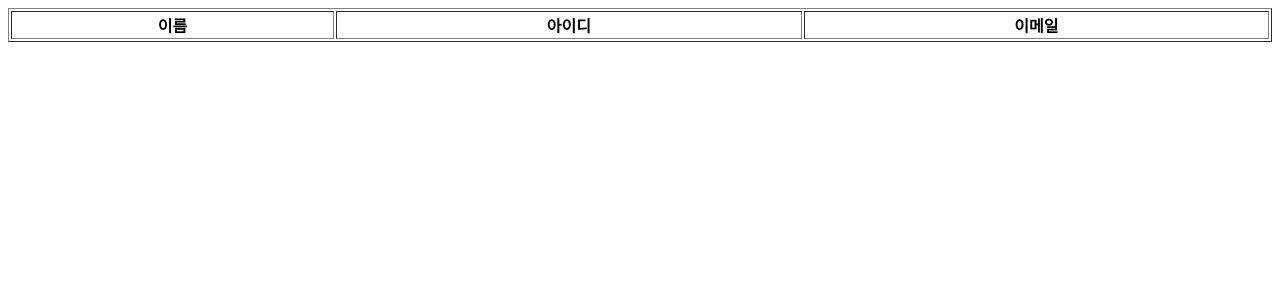
Repository: jeungmin717/BookStore
Page: http://localhost/web01/ch01/prac.jsp
These files come from the project's save history. The page is drawn as it stood at one moment and after the next save; the edit follows.
The browser window is 1280 px wide. The pictures show the whole page.
The page is served by Tomcat 9. Queries for data that is not in the repository find no rows.

Above is the page before, as saved 2017-05-31 09:24:10.

### BookStore/webProgramming/web01/WebContent/ch01/prac.jsp
<%@page import="java.sql.SQLException"%>
<%@page import="java.sql.DriverManager"%>
<%@page import="java.sql.ResultSet"%>
<%@page import="java.sql.PreparedStatement"%>
<%@page import="java.sql.Connection"%>
<%@ page language="java" contentType="text/html; charset=UTF-8" pageEncoding="UTF-8"%>
<!DOCTYPE html PUBLIC "-//W3C//DTD HTML 4.01 Transitional//EN" "http://www.w3.org/TR/html4/loose.dtd">
<html>
<head>
<meta http-equiv="Content-Type" content="text/html; charset=UTF-8">
<title>회원 목록</title>
</head>
<body>

<table width="100%" border="1">
    <thead>
        <tr>
            <th>이름</th>
            <th>아이디</th>
            <th>이메일</th>
        </tr>
    </thead>
    <tbody>
    <%
        Class.forName("com.mysql.jdbc.Driver");
        Connection conn = null;
        PreparedStatement pstmt = null;
        ResultSet rs = null;

        try{
            String jdbcDriver = "jdbc:mysql://localhost:3306/test?useUnicode=true&characterEncoding=utf8";
            String dbUser = "root";
            String dbPwd = "0000";

            conn = DriverManager.getConnection(jdbcDriver, dbUser, dbPwd);

            pstmt = conn.prepareStatement("select * from ez_member");

            rs = pstmt.executeQuery();

            while(rs.next()){
    %>
        <tr>
            <td><%= rs.getString("name") %></td>
            <td><%= rs.getString("id") %></td>
            <td><%= rs.getString("email") %></td>
        </tr>
    <%
            }
        }catch(SQLException se){
            se.printStackTrace();
        }finally{
            if(rs != null) rs.close();
            if(pstmt != null) pstmt.close();
            if(conn != null) conn.close();
        }
    %>
    </tbody>
</table>
</body>
</html>

After the next save:
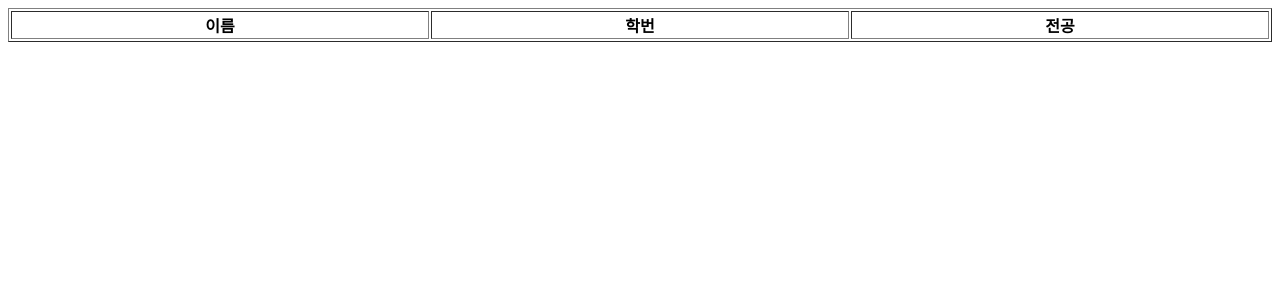
Saved 3 min 15 s later.
--- a/BookStore/webProgramming/web01/WebContent/ch01/prac.jsp
+++ b/BookStore/webProgramming/web01/WebContent/ch01/prac.jsp
@@ -16,8 +16,8 @@
     <thead>
         <tr>
             <th>이름</th>
-            <th>아이디</th>
-            <th>이메일</th>
+            <th>학번</th>
+            <th>전공</th>
         </tr>
     </thead>
     <tbody>
@@ -28,13 +28,13 @@
         ResultSet rs = null;
 
         try{
-            String jdbcDriver = "jdbc:mysql://localhost:3306/test?useUnicode=true&characterEncoding=utf8";
+            String jdbcDriver = "jdbc:mysql://localhost:3306/school?useUnicode=true&characterEncoding=utf8";
             String dbUser = "root";
             String dbPwd = "0000";
 
             conn = DriverManager.getConnection(jdbcDriver, dbUser, dbPwd);
 
-            pstmt = conn.prepareStatement("select * from ez_member");
+            pstmt = conn.prepareStatement("select * from student");
 
             rs = pstmt.executeQuery();
 
